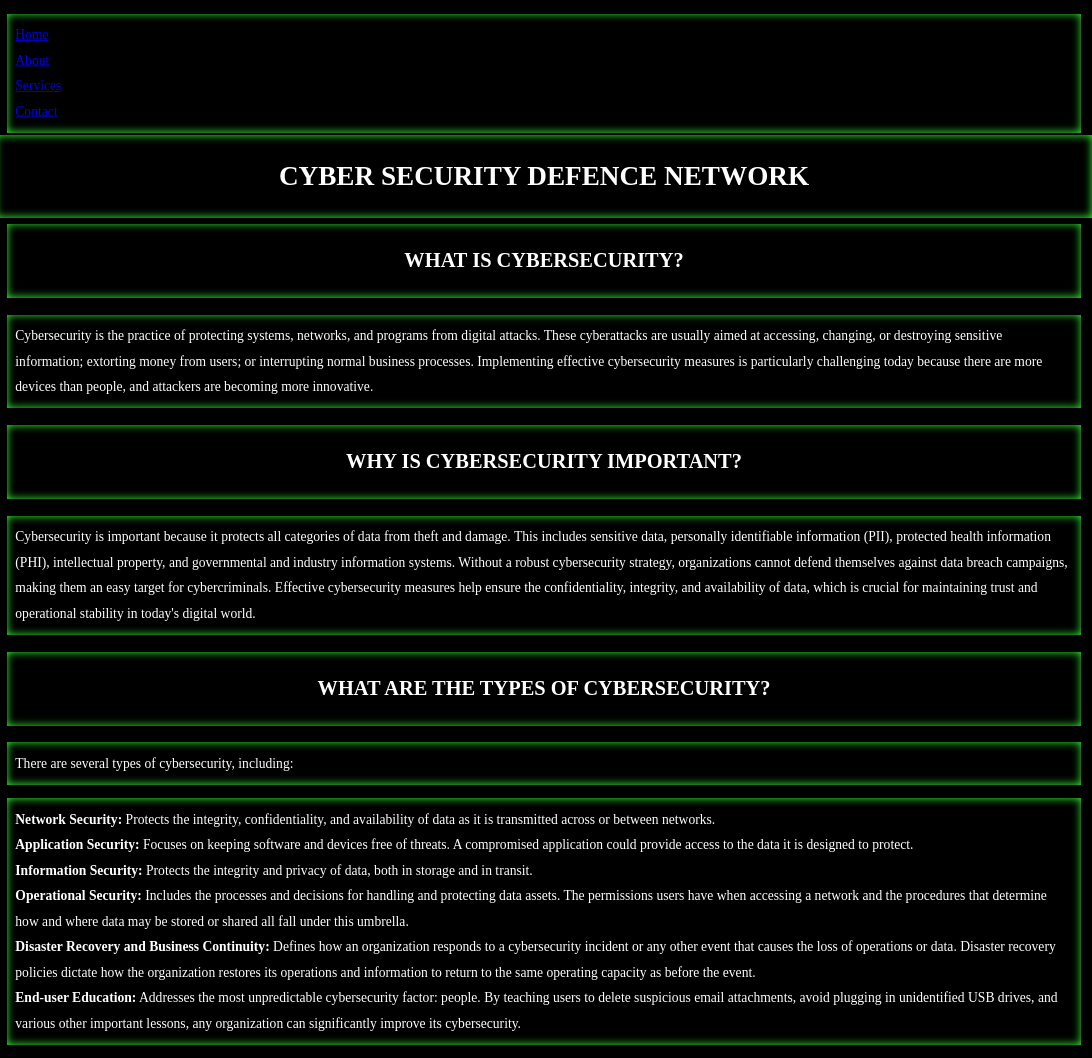
Repository: newworldhost/nwh
Page: index.html
The author's editor kept a copy of each file at every save. The page is drawn from the files as they stood at one save, then again after a run of saves.
The browser window is 1280 px wide. The page is 1285 px wide, so the pictures cover 1285 px, including what lies to the right of the window. The pictures show the whole page, at 85% of full size.

Above is the page before, as saved 2025-03-04 15:48:45.

### index.html
<!DOCTYPE html>
<html lang="en">
<head>
    <meta charset="UTF-8">
    <meta name="viewport" content="width=device-width, initial-scale=1.0">
    <meta name="author" content="cyber security defence network">
    <meta name="description" content="cyber security defence network">
    <meta name="keywords" content="cyber security defence network">
    <link rel="stylesheet" href="style.css">
    <title>cyber security defence network</title>
</head>
<body>
    <header>
        <nav>
            <ul>
                <li><a href="index.html">Home</a></li>
                <li><a href="about.html">About</a></li>
                <li><a href="services.html">Services</a></li>
                <li><a href="contact.html">Contact</a></li>
            </ul>
        </nav>
    <h1>cyber security defence network</h1>

    <h2>What is cybersecurity?</h2>
    <p>Cybersecurity is the practice of protecting systems, networks, and programs from digital attacks. These cyberattacks are usually aimed at accessing, changing, or destroying sensitive information; extorting money from users; or interrupting normal business processes. Implementing effective cybersecurity measures is particularly challenging today because there are more devices than people, and attackers are becoming more innovative.</p>
    <h2>Why is cybersecurity important?</h2>
    <p>Cybersecurity is important because it protects all categories of data from theft and damage. This includes sensitive data, personally identifiable information (PII), protected health information (PHI), intellectual property, and governmental and industry information systems. Without a robust cybersecurity strategy, organizations cannot defend themselves against data breach campaigns, making them an easy target for cybercriminals. Effective cybersecurity measures help ensure the confidentiality, integrity, and availability of data, which is crucial for maintaining trust and operational stability in today's digital world.</p>
    <h2>What are the types of cybersecurity?</h2>
    <p>There are several types of cybersecurity, including:</p>
    <ul>
        <li><strong>Network Security:</strong> Protects the integrity, confidentiality, and availability of data as it is transmitted across or between networks.</li>
        <li><strong>Application Security:</strong> Focuses on keeping software and devices free of threats. A compromised application could provide access to the data it is designed to protect.</li>
        <li><strong>Information Security:</strong> Protects the integrity and privacy of data, both in storage and in transit.</li>
        <li><strong>Operational Security:</strong> Includes the processes and decisions for handling and protecting data assets. The permissions users have when accessing a network and the procedures that determine how and where data may be stored or shared all fall under this umbrella.</li>
        <li><strong>Disaster Recovery and Business Continuity:</strong> Defines how an organization responds to a cybersecurity incident or any other event that causes the loss of operations or data. Disaster recovery policies dictate how the organization restores its operations and information to return to the same operating capacity as before the event.</li>
        <li><strong>End-user Education:</strong> Addresses the most unpredictable cybersecurity factor: people. By teaching users to delete suspicious email attachments, avoid plugging in unidentified USB drives, and various other important lessons, any organization can significantly improve its cybersecurity.</li>
    </ul>
</body>
</html>

### style.css
h1 {
    text-align: center;
    background-color: black;
    color:white;
    padding:30px;
    text-transform: uppercase;
    box-shadow: inset 0 0 10px #33ff33;
    margin:-13px;
}
h2 {
    text-align: center;
    background-color: black;
    color:white;
    padding:30px;
    text-transform: uppercase;
    box-shadow: inset 0 0 10px #33ff33;
}
p {
    background-color:black;
    color:white;
    padding:10px;
    box-shadow: inset 0 0 10px #33ff33;
    line-height: 30px;
    list-style-type: none;
}
body {
    background-color:black;
}
ul {
    background-color:black;
    color:white;
    padding:10px;
    box-shadow: inset 0 0 10px #33ff33;
    line-height: 30px;
    list-style-type: none;
}

After the next 2 saves:
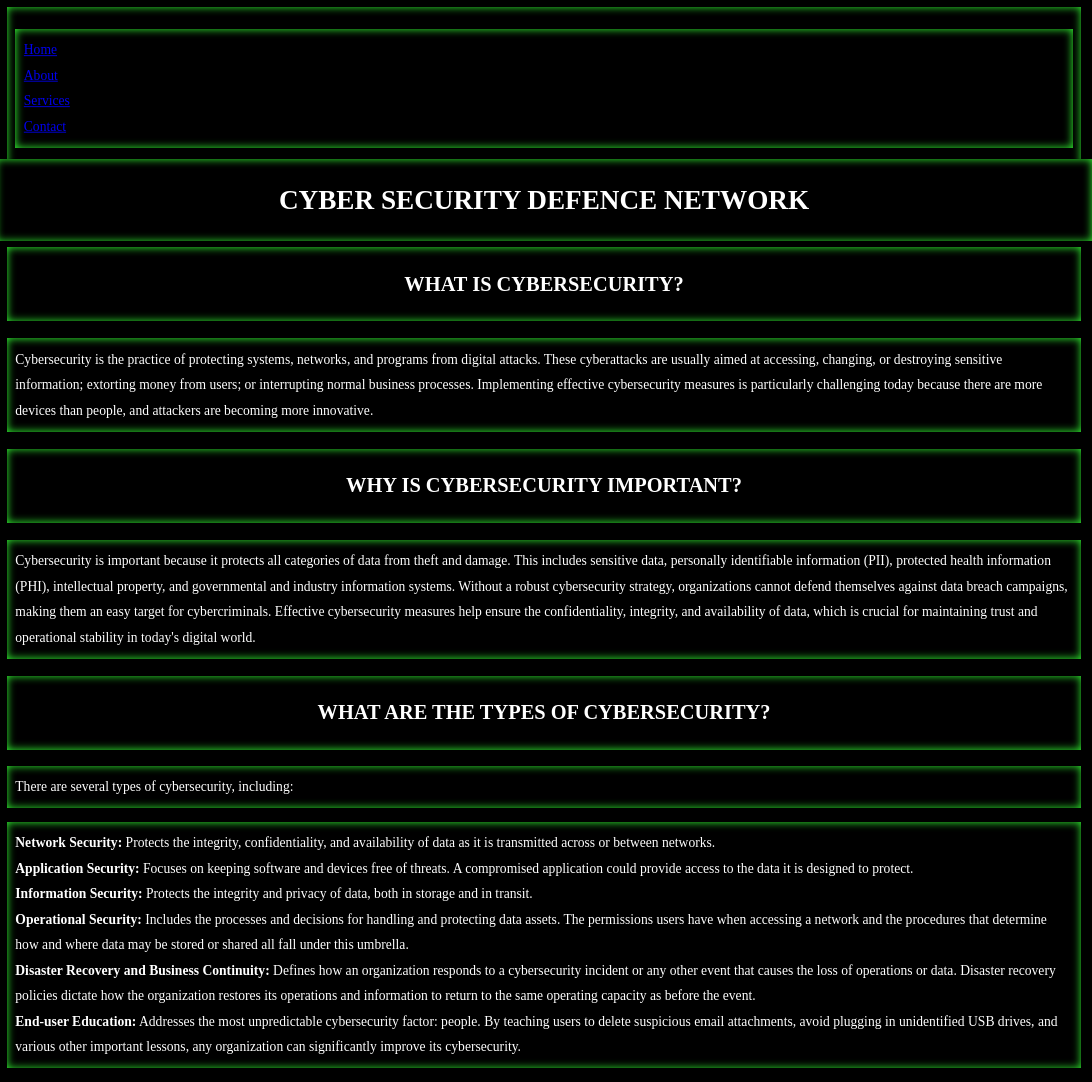
The 2 saves are shown as one change because they came seconds apart.
The last was saved 29 s later.
--- a/style.css
+++ b/style.css
@@ -34,3 +34,11 @@ ul {
     line-height: 30px;
     list-style-type: none;
 }
+nav {
+    background-color:black;
+    color:white;
+    padding:10px;
+    box-shadow: inset 0 0 10px #33ff33;
+    line-height: 30px;
+    list-style-type: none;
+}
